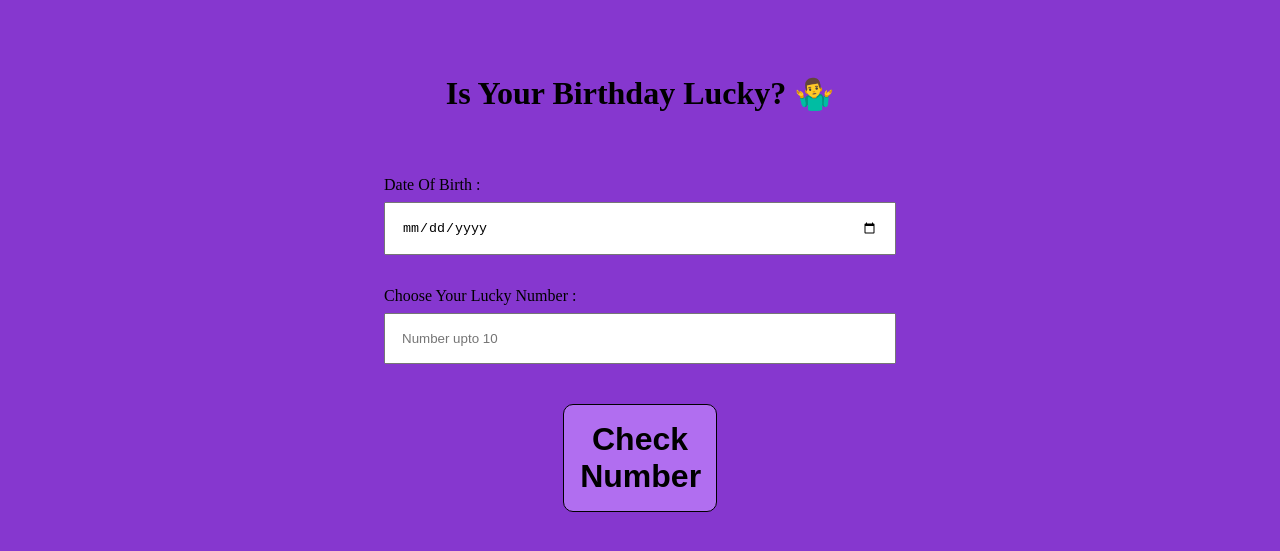
Repository: patelamancode/Lucky-Birthday-App
Page: index.html
An editor plug-in stored every save of this project. The page is shown before and after the next save, followed by the edit.
The browser window is 1280 px wide. The pictures show the whole page.

Above is the page before, as saved 2022-11-23 15:59:03.

### index.html
<!DOCTYPE html>
<html lang="en">

<head>
    <meta charset="UTF-8">
    <meta http-equiv="X-UA-Compatible" content="IE=edge">
    <meta name="viewport" content="width=device-width, initial-scale=1.0">
    <link rel="stylesheet" href="index.css">
    <title>Is your birthday lucky</title>
</head>

<body>
    <div id="main-container">
        <h1 class="app-title">Is Your Birthday Lucky? 🤷‍♂️</h1>
        <label for="date-of-birth" class="dob">Date Of Birth :</label>
        <input type="date" id="selected-dob">
        <label for="lucky-number" class="favourite-number">Choose Your Lucky Number :</label>
        <input type="number" class="user-number" placeholder="Number upto 10">
        <button id="check-btn">Check Number</button>
    </div>
    <div id="graphic-container">
        <h3 id="result-heading">Hey your result is here 🎁 :</h3>
        <p id="final-result"></p>
        <button id="back-btn">♻️BACK</button>
    </div>
    <script src="index.js"></script>
</body>

</html>

### index.css
* {
  margin: 0;
  padding: 0;
}
body {
  background-color: rgb(134, 55, 207);
}

#main-container {
  display: flex;
  flex-direction: column;
  width: 40vw;
  margin: auto;
  margin-top: 2rem;
  padding: 10px;
  text-align: center;
}

.app-title {
  margin: 2rem 0;
}
label {
  width: auto;
  text-align: left;
  margin-top: 2rem;
  margin-bottom: 0.5rem;
}
input{
   padding: 1rem;
}
button {
  margin: auto;
  margin-top: 2.5rem;
  width: 30%;
  padding: 1rem;
  font-size: 2rem;
  font-weight: 500;
   font-weight: 600;
  border: 1px solid;
  background-color: rgb(177, 110, 240);
  border-radius: 10px;
}

/* change in display to flex from none */
#graphic-container {
  display: none;
  flex-direction: column;
  width: 40vw;
  height: 50vh;
  margin: auto;
  margin-top: 2rem;
  padding: 10px;
  text-align: center;
  background-color: rgb(93, 221, 221);
  position: relative;
}
#result-heading {
  font-style: italic;
  margin-top: 2rem;
}

#final-result {
  margin: 2rem;
  color: green;
  font-family: fantasy, papyrus;
}

#back-btn {
  position: absolute;
  bottom: 2rem;
  left: 5.5rem;
  background-color: rgb(199, 185, 185);
}

### index.js
const checkButton = document.querySelector('#check-btn');
const appContent = document.querySelector('#main-container');
const userBirthDate = document.querySelector('#selected-dob');
const luckyNumber = document.querySelector('.user-number');
const graphicDisplay = document.querySelector('#graphic-container');
const backButton = document.querySelector('#back-btn');
const result = document.querySelector('#final-result');


function showResult() {
    hideContent();
    graphicDisplay.style.display = "flex";
};

function hideContent() {
    appContent.style.display = "none";
};

function specialDateIs() {
    let value = userBirthDate.value.split("-");
    var sum = 0;
    for (let i = 0; i < value.length; i++) {
        sum += parseInt(value[i]);
    }
    console.log(sum);
    if (sum % luckyNumber.value == 0) {
        result.innerText = "you have a special birthdate 🎇🤗🎉";
    } else result.innerText = "Opps your birthdate is normal☹️";

};

checkButton.addEventListener('click', function () {
    specialDateIs();
    showResult();
    console.log(value);
});

backButton.addEventListener('click', function () {
    appContent.style.display = "flex";
    graphicDisplay.style.display = "none"
    window.location.reload();
});

After the next save:
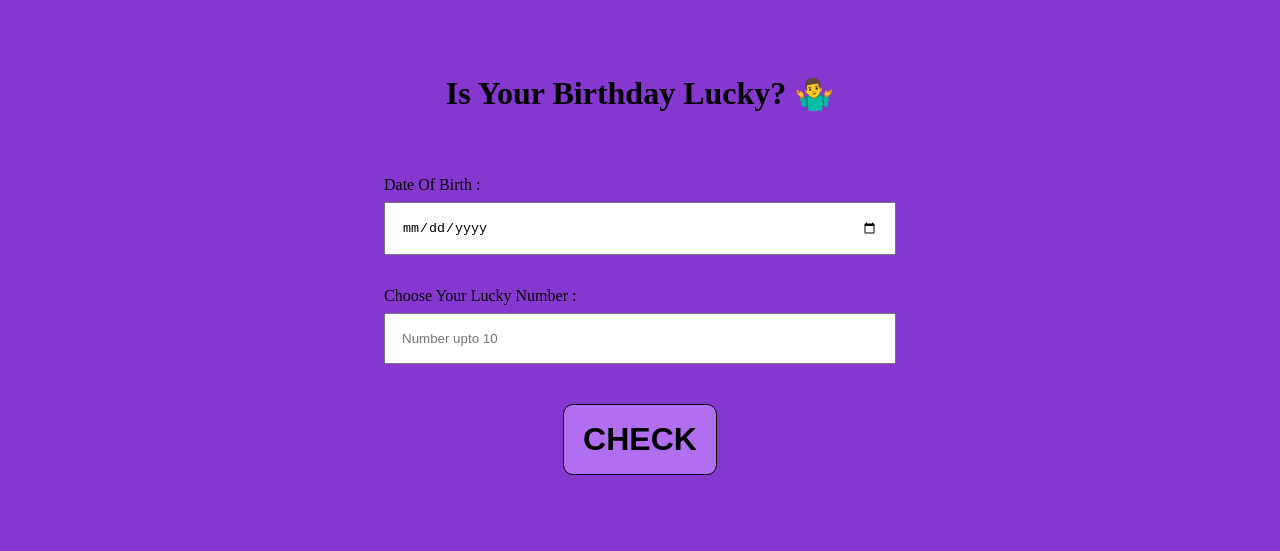
Saved 24 s later.
--- a/index.html
+++ b/index.html
@@ -16,7 +16,7 @@
         <input type="date" id="selected-dob">
         <label for="lucky-number" class="favourite-number">Choose Your Lucky Number :</label>
         <input type="number" class="user-number" placeholder="Number upto 10">
-        <button id="check-btn">Check Number</button>
+        <button id="check-btn">CHECK</button>
     </div>
     <div id="graphic-container">
         <h3 id="result-heading">Hey your result is here 🎁 :</h3>
